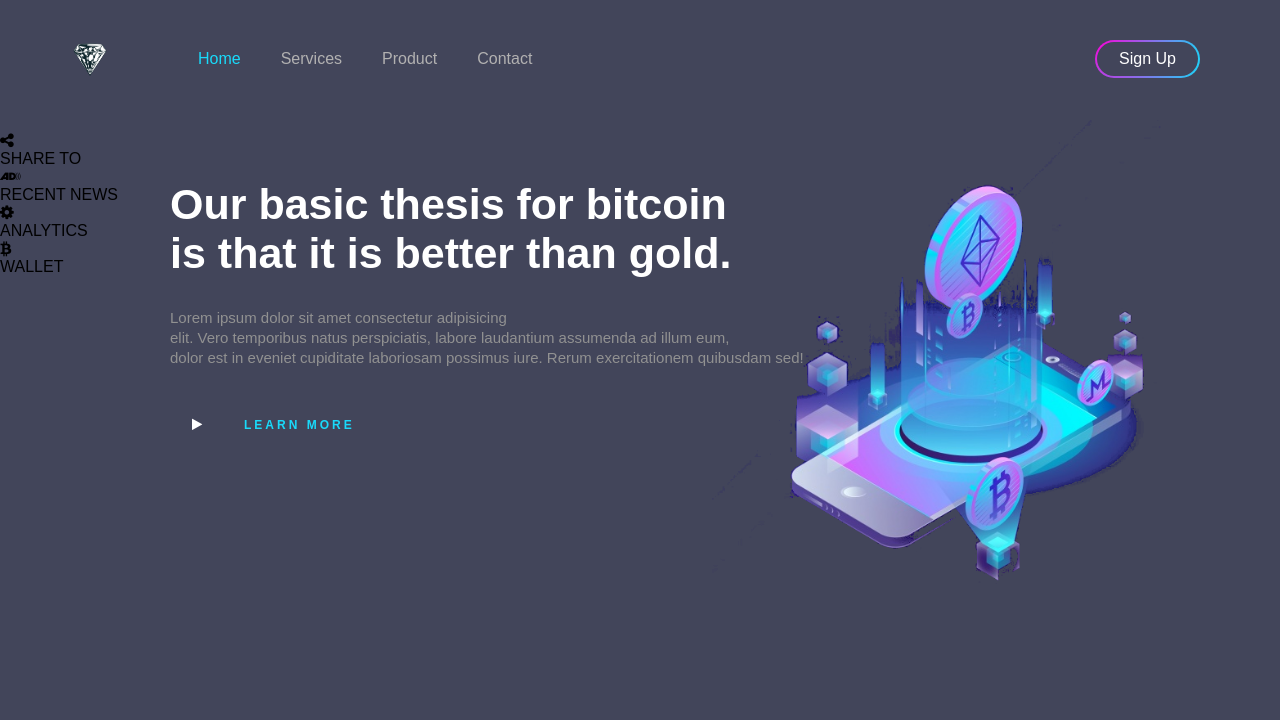
Repository: Aakarshit-Sharma19/Basic-HTML-and-CSS-Page-
Page: index.html
These files come from the project's save history. The page is drawn as it stood at one moment and after the next save; the edit follows.
The browser window is 1280 px wide. The pictures show the whole page.

Above is the page before, as saved 2020-11-10 17:04:30.

### index.html
<!DOCTYPE html>
<html lang="en">

<head>
    <title>Crypto Currency Web App - Easy Tutorials</title>
    <link rel="stylesheet" href="style.css">
    <link rel="stylesheet" href="https://stackpath.bootstrapcdn.com/font-awesome/4.7.0/css/font-awesome.min.css">
</head>

<body>
    <div class="container">
        <div class="menu">
            <ul>
                <li class="logo"><img src="1349.png" alt="diamond"></li>
                <li class="active">Home</li>
                <li>Services</li>
                <li>Product</li>
                <li>Contact</li>
                <li><a href="#" class="signup-btn"><span>Sign Up</span></a></li>
            </ul>
        </div>
        <div class="banner">
            <div class="app-text">
                <h1>Our basic thesis for bitcoin <br> is that it is better than gold.</h1>
                <p>Lorem ipsum dolor sit amet consectetur adipisicing <br>elit. Vero temporibus natus perspiciatis,
                    labore
                    laudantium assumenda ad illum eum,<br>  dolor est in eveniet cupiditate laboriosam possimus iure.
                    Rerum
                    exercitationem quibusdam sed!</p>
                <div class="play-btn">
                    <div class="play-btn-inner"><i class="fa fa-play" aria-hidden="true"></i>
                    </div>
                    <small><b>LEARN MORE</b></small>
                </div>
            </div>
            <div class="app-picture">
                <img src="background.png" alt="">
            </div>
        </div>
        <div class="quick-links">
            <ul>
                <li>
                    <i class="fa fa-share-alt" aria-hidden="true"></i><p>SHARE TO</p>
                </li>
                <li>
                   <i class="fa fa-audio-description" aria-hidden="true"></i><p>RECENT NEWS</p>
                </li>
                <li>
                    <i class="fa fa-cog" aria-hidden="true"></i><p>ANALYTICS</p>
                </li>
                <li>
                    <i class="fa fa-btc" aria-hidden="true"></i><p>WALLET</p>
                </li>
            </ul>
        </div>
    </div>
</body>

</html>

### style.css
* {
    margin: 0;
    padding: 0;
    font-family: sans-serif;
}

body{
    background: #42455a;
}
.container{
    width: 100%;
    height: 100%;
}

.menu ul{
    display: inline-flex;
    margin: 50px;
}

.menu ul li{
    list-style: none;
    margin: 0 20px;
    color: #b2b1b1;
    cursor: pointer;
}

.logo img{
    width: 40px;
    margin-top: -12px;
    margin-right: 48px;
}

.active{
    color: #19dafa!important;
}

.signup-btn{
    top: 40px;
    right: 80px;
    position: absolute;
    text-decoration: none;
    color: #fff;
    border: 2px solid transparent;
    border-radius: 20px;
    background-image: linear-gradient(#42455a, #42455a), radial-gradient(circle at top left, #fd00da, #19d7f8);
    background-origin: border-box;
    background-clip: content-box,border-box;
}

.signup-btn span{
    display: block;
    padding: 8px 22px;
}

.banner{
    width: 80%;
    height: 70%;
    top: 25%;
    left: 130px;
    position: absolute;
    color: #fff;
}

.app-text{
    width: 50%;
    float: left;
}

.app-text h1{
    font-size: 43px;
    width: 640px;
    position: relative;
    margin-left: 40px;
}

.app-text p{
    font-size: 15px;
    width: 650px;
    margin: 30px 0 30px 40px;
    line-height: 20px;
    color: #919191;
}

.app-picture{
    width: 50%;
    float: right;
}

.app-picture img{
    width: 100%;
    margin-top: -60px;
    padding-left: 70px;
}

.play-btn{
    margin-left: 40px;
    display: inline-flex;
}

.play-btn-inner{
    height: 50px;
    width: 50px;
    border: 2px solid transparent;
    border-radius: 50%;
    background-image: linear-gradient(#42455a, #42455a), radial-gradient(circle at top left, #fd00da, #19d7f8);
    background-origin: border-box;
    background-clip: content-box,border-￼
    Home
    Services
    Product
    Contact
    Sign Up
    box;
    text-align: center;
}
.play-btn-inner .fa{
    padding: 18px 0px;
    font-size: 13px;
    cursor: pointer;
}

small{
    margin: auto 20px;
    cursor: pointer;
    font-size: 12px;
    color: #19dafa;
    letter-spacing: 3px;
}

quick-links{
    left: 0;
    bottom: 0;
    position: absolute;
    background: linear-gradient(to right, #db1bf6, #19d7f8);
}

After the next save:
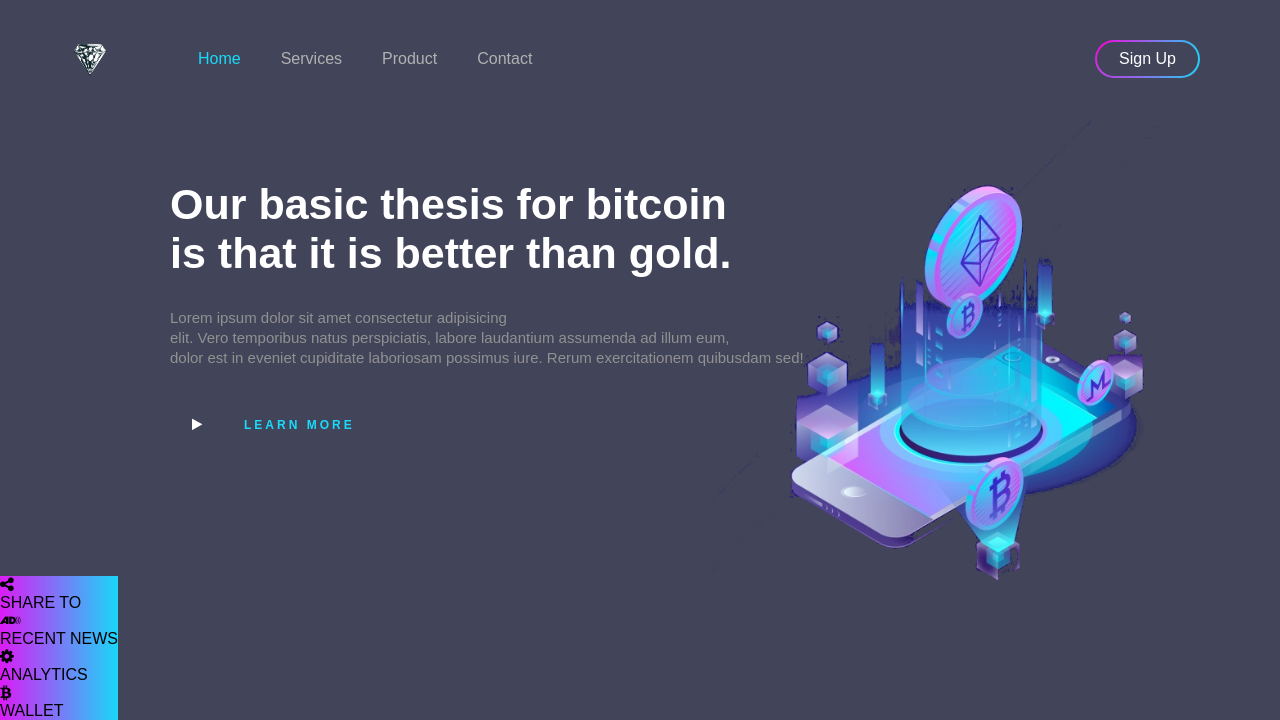
Saved 15 s later.
--- a/style.css
+++ b/style.css
@@ -127,7 +127,7 @@ small{
     letter-spacing: 3px;
 }
 
-quick-links{
+.quick-links{
     left: 0;
     bottom: 0;
     position: absolute;
